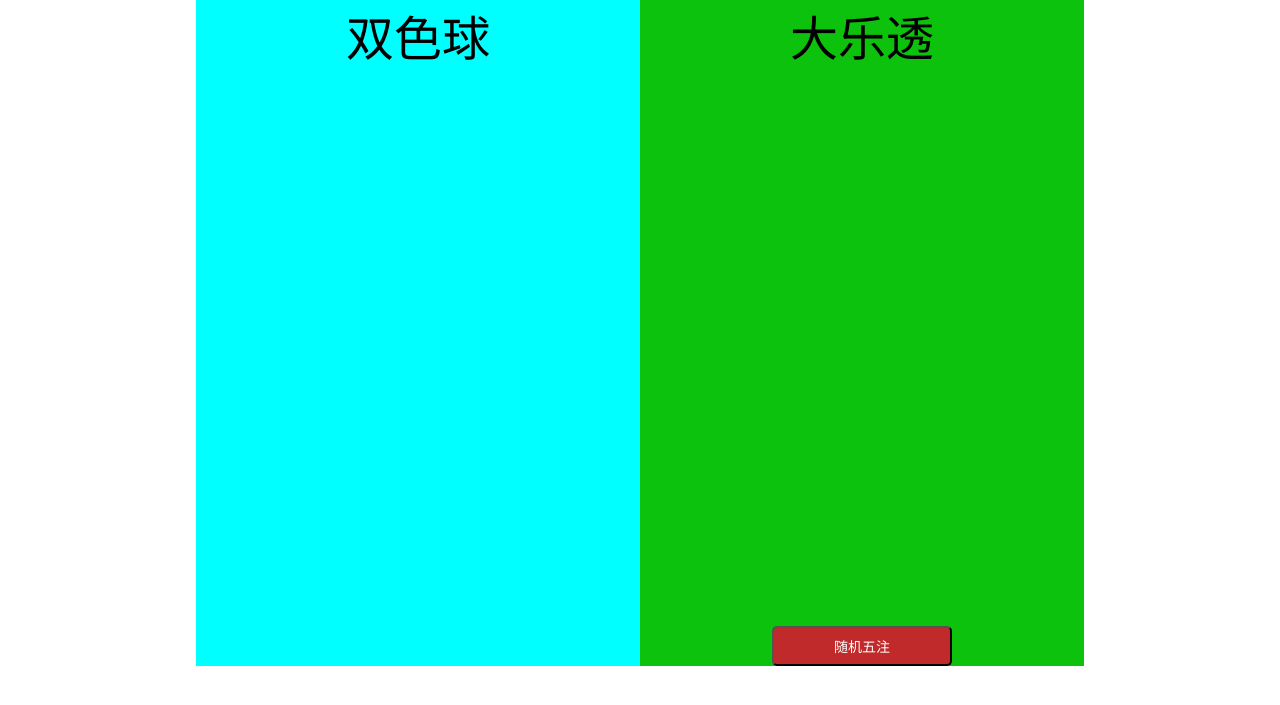
Repository: yz1181214391/caipiao-demo
Page: Cp.html
These files come from the project's save history. The page is drawn as it stood at one moment and after the next save; the edit follows.
The browser window is 1280 px wide. The pictures show the whole page.

Above is the page before, as saved 2020-12-14 10:46:15.

### Cp.html
<!DOCTYPE html>
<html lang="en">
<head>
    <meta charset="UTF-8">
    <meta name="viewport" content="width=device-width, initial-scale=1.0">
    <title>彩票</title>
</head>
<style type="text/css">
    html,body {margin: 0;padding: 0;height: 100%;width: 100%;}
    a {text-decoration: none;}
    body,div,dl,dt,dd,ul,ol,li,h1,h2,h3,h4,h5,h6,pre,form,fieldset,input,textarea,p,blockquote,th,td {margin: 0;padding: 0;}
    table {border-collapse: collapse;border-spacing: 0;}
    fieldset,img {border: 0;}
    address,caption,cite,code,dfn,em,strong,th,var {font-style: normal;font-weight: normal;}
    ol,ul {list-style: none;}
    caption,th {text-align: left;}
    h1,h2,h3,h4,h5,h6 {font-size: 100%;font-weight: normal;}
    q:before,q:after {content: '';}
    abbr,acronym {border: 0;}
    body{
        font-family: "Chinese Quote", -apple-system, BlinkMacSystemFont, "Segoe UI", "PingFang SC", "Hiragino Sans GB", "Microsoft YaHei", "Helvetica Neue", Helvetica, Arial, sans-serif, "Apple Color Emoji", "Segoe UI Emoji", "Segoe UI Symbol";
    }

    .box{
        margin: 0 auto;
        width: 888px;
        height: 666px;
        display: flex;
        flex-direction: row;
    }
    .cp-flex{
        display: flex;
        flex-direction: column;
        align-items: center;
    }
    .cp-font{
        font-size: 48px;
        font-family: "Times New Roman", Times, serif;
    }
    .ssq-box{
        width: 100%;
        background-color: aqua;
    }
    .dlt-box{
        width: 100%;
        background-color: rgb(13, 194, 13);
    }

    .content {
        height: 70%;
        padding-top: 100px;
        text-align: center;
    }
    .context {
        margin: 20px 0;
    }
    .context span {
        display: inline-block;
        width: 30px;
        height: 30px;
        line-height: 30px;
        font-size: 14px;
        border-radius: 50%;
        color: #fff;
        background: rgba(192, 42, 42, 1);
        margin-right: 15px;
    }
    .context span:nth-child(5) {
        margin-right: 30px;
    }
    .context span:nth-child(7) {
        margin-right: 0;
    }
    .context span:nth-child(6),.context span:nth-child(7) {
        background: rgba(47, 40, 153, 1);
    }
    .button {
        width: 100%;
    }
    .button input {
        width: 180px;
        height: 40px;
        line-height: 40px;
        display: block;
        margin: 0 auto;
        background: rgba(192, 42, 42, 1);
        color: #fff;
        font: normal 400 14px '微软雅黑';
        border-radius: 5px;
        outline: none;
    }
</style>
<body>
    <div class="box">
        <div class="ssq-box cp-flex">
            <h1 class="cp-font">双色球</h1>
        </div>
        <div class="dlt-box cp-flex">
            <h3 class="cp-font">大乐透</h3>
            <div class="content"></div>
            <div class="button">
                <input type="button" value="随机五注" onclick="fiveNumStr()">
            </div>
        </div>
    </div>
</body>
<script>
    // 定义 randomNumber方法, 随机输出数组
    function randomNumber(num) {
      // 定义 strArr方法, 生成数组
      function strArr(num) {
          var numberAarry = []
          for (var i = 0; i < num; i++) {
              numberAarry[i] = i + 1
          }
          return numberAarry
      }
      // 获得数组
      var numberAarry = strArr(num)
      // 将数组元素随机排序
      numberAarry.sort(function () {
          return 0.5 - Math.random()
      })
      // 小于10，前面加0
      for (var i = 0; i < numberAarry.length; i++) {
          if (numberAarry[i] < 10) {
              numberAarry[i] = '0' + numberAarry[i]
          } else {
              numberAarry[i] = String(numberAarry[i])
          }
      }
      return numberAarry
  }

    // 用 fiveIsClick 限制用户频繁点击按钮
    var fiveIsClick = true
  function fiveNumStr() {
      if (fiveIsClick) {
          // 设为false, 不可再次点击
          fiveIsClick = false
          var content = document.getElementsByClassName('content')[0]
          var innerText = content.getElementsByClassName('context')
          var ulNode = content.getElementsByTagName('ul')[0]
          // 先删除已创建的ul及其字节点, 再新增
          // 为什么要删除再添加节点呢, 是因为不增删节点只改变数字虽然渲染更快, 但是区别太小, 失去了动态效果
          // 当然, 如果你不需要删除再添加节点也行, 以下代码稍改动一下就好了
          if (ulNode) {
              content.removeChild(ulNode)
          }
          var ul = document.createElement('ul')
          // 用ul节点长度判断是否存在ul
          var ulLength = content.getElementsByTagName('ul').length
          var index = 0
          // 计时器，每隔0.5秒新增一组
          var interval = setInterval(function() {
              index ++
              if (ulLength < 1) {
                  var li = document.createElement('li')
                  li.setAttribute('class','context')
                  ul.appendChild(li)
                  content.appendChild(ul)
                  // 遍历li节点
                  var context = document.getElementsByClassName('context')[index - 1]
                  // 得到顺序被打乱的前区35个数字数组
                  var randomLeft = randomNumber(35)
                  // 大乐透前区数组
                  var leftNum = [randomLeft[0], randomLeft[1], randomLeft[2], randomLeft[3], randomLeft[4]]
                  // 从小到大排序
                  leftNum.sort(function (a, b) {
                      return a - b
                  })
                  // 得到顺序被打乱的后区12个数字数组
                  var randomRight = randomNumber(12)
                  // 大乐透后区数组
                  var rightNum = [randomRight[0], randomRight[1]]
                  rightNum.sort(function (a, b) {
                      return a - b // 从小到大排序
                  })
                  // 节点模版，用于给每个球添加样式
                  var spanNode = "<span>" + leftNum[0] + "</span>" + "<span>" + leftNum[1] + "</span>" + "<span>" + leftNum[2] + "</span>"
                      + "<span>" + leftNum[3] + "</span>" + "<span>" + leftNum[4] + "</span>" + "<span>" + rightNum[0] + "</span>" + "<span>" + rightNum[1] + "</span>"
                  // 节点已添加，再添加spanNode节点模版
                  context.innerHTML = spanNode
                  // li节点数量达到5个，就停止计时器
                  if (index >= 5) {
                      clearInterval(interval)
                  }
              }
          }, 500)
          // 阻止按钮重复点击，间隔3秒
          setTimeout(function() {
              fiveIsClick = true
          }, 3000)
      }
  }
</script>
</html>

After the next save:
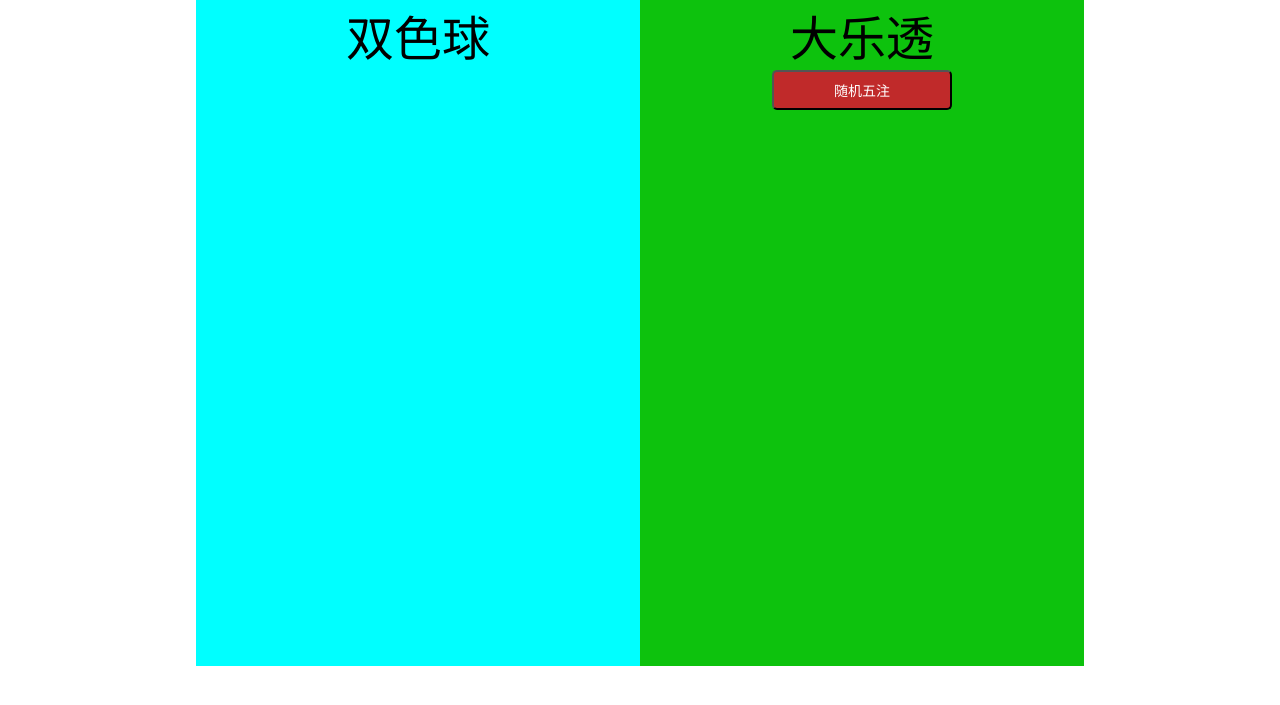
Saved 45 s later.
--- a/Cp.html
+++ b/Cp.html
@@ -46,14 +46,14 @@
         background-color: rgb(13, 194, 13);
     }
 
-    .content {
-        height: 70%;
-        padding-top: 100px;
+    /* .content {
+       padding-top: 100px;  height: 70%;
+
         text-align: center;
     }
     .context {
         margin: 20px 0;
-    }
+    } */
     .context span {
         display: inline-block;
         width: 30px;
